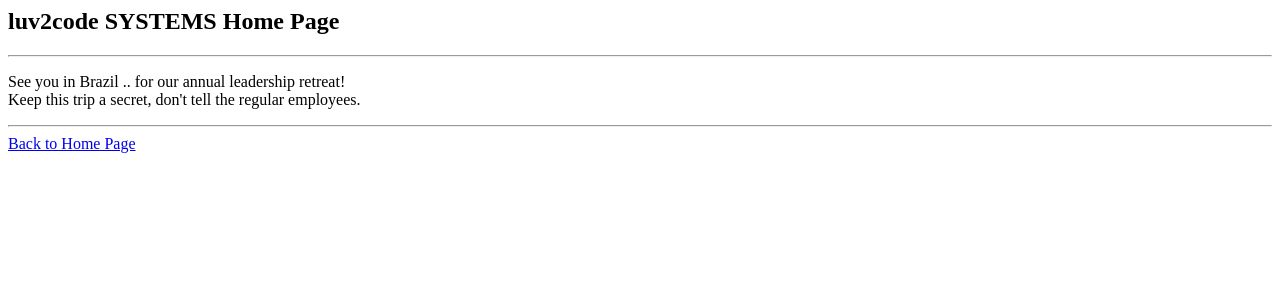
Repository: dchan98/spring-security-demo
Page: http://localhost/spring-security-demo-09-jdbc-bcrypt/systems
The author's editor kept a copy of each file at every save. The page is drawn from the files as they stood at one save, then again after a run of saves.
The browser window is 1280 px wide. The pictures show the whole page.
The page is served by Tomcat 9. Other server files are loaded and not shown.

Above is the page before, as saved 2019-02-07 20:09:39.

### spring-security-demo-starter/spring-security-demo-09-jdbc-bcrypt/src/main/webapp/WEB-INF/view/systems.jsp
<html>

<head>
	<title>luv2code LEADERS Home Page</title>
</head>

<body>
<h2>luv2code SYSTEMS Home Page</h2>
<hr>

<p>
  See you in Brazil .. for our annual leadership retreat!
  <br>
  Keep this trip a secret, don't tell the regular employees.
</p>

<hr>
<a href="${pageContext.request.contextPath}/">Back to Home Page</a>
</body>
</html>

After the next 2 saves:
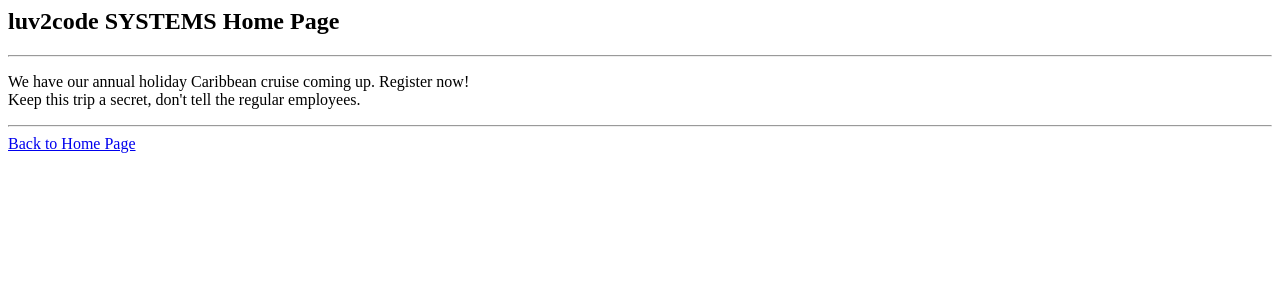
The 2 saves are shown as one change because they came seconds apart.
The last was saved 26 s later.
--- a/spring-security-demo-starter/spring-security-demo-09-jdbc-bcrypt/src/main/webapp/WEB-INF/view/systems.jsp
+++ b/spring-security-demo-starter/spring-security-demo-09-jdbc-bcrypt/src/main/webapp/WEB-INF/view/systems.jsp
@@ -9,7 +9,7 @@
 <hr>
 
 <p>
-  See you in Brazil .. for our annual leadership retreat!
+  We have our annual holiday Caribbean cruise coming up. Register now!
   <br>
   Keep this trip a secret, don't tell the regular employees.
 </p>
